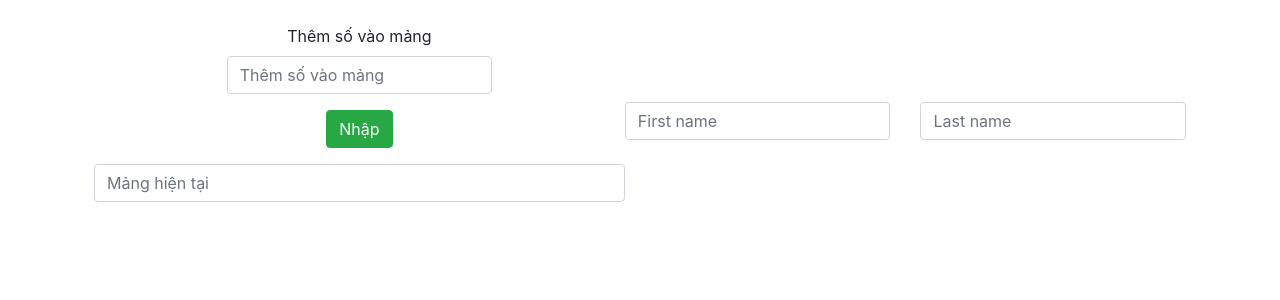
Repository: baobaodeveloper/bootcamp21__array__HuynhAnhBao
Page: index.html
These files come from the project's save history. The page is drawn as it stood at one moment and after the next save; the edit follows.
The browser window is 1280 px wide. The pictures show the whole page.

Above is the page before, as saved 2022-03-20 16:56:25.

### index.html
<!DOCTYPE html>
<html lang="en">
  <head>
    <title>JavaScript Array</title>
    <!-- Required meta tags -->
    <meta charset="utf-8" />
    <meta
      name="viewport"
      content="width=device-width, initial-scale=1, shrink-to-fit=no"
    />

    <!-- Bootstrap CSS -->
    <link
      rel="stylesheet"
      href="https://stackpath.bootstrapcdn.com/bootstrap/4.3.1/css/bootstrap.min.css"
      integrity="sha384-ggOyR0iXCbMQv3Xipma34MD+dH/1fQ784/j6cY/iJTQUOhcWr7x9JvoRxT2MZw1T"
      crossorigin="anonymous"
    />
  </head>
  <body>
    <div class="container d-flex justify-content-center align-items-center p-4">
      <div
        class="mb-3 text-center w-50 d-flex flex-column justify-content-center align-items-center"
      >
        <label for="formGroupExampleInput" class="form-label"
          >Thêm số vào mảng</label
        >
        <input
          type="number"
          class="form-control w-50"
          id="number"
          placeholder="Thêm số vào mảng"
          value=""
        />
        <button type="button" class="btn btn-success m-3" id="input">
          Nhập
        </button>
        <input
          type="text"
          class="form-control d-block w-100"
          id="array-current"
          placeholder="Mảng hiện tại"
        />
      </div>

      <div class="row">
        <div class="col">
          <input
            type="text"
            class="form-control"
            placeholder="First name"
            aria-label="First name"
          />
        </div>
        <div class="col">
          <input
            type="text"
            class="form-control"
            placeholder="Last name"
            aria-label="Last name"
          />
        </div>
      </div>
    </div>
    <!-- Optional JavaScript -->
    <!-- jQuery first, then Popper.js, then Bootstrap JS -->
    <script
      src="https://code.jquery.com/jquery-3.3.1.slim.min.js"
      integrity="sha384-q8i/X+965DzO0rT7abK41JStQIAqVgRVzpbzo5smXKp4YfRvH+8abtTE1Pi6jizo"
      crossorigin="anonymous"
    ></script>
    <script
      src="https://cdnjs.cloudflare.com/ajax/libs/popper.js/1.14.7/umd/popper.min.js"
      integrity="sha384-UO2eT0CpHqdSJQ6hJty5KVphtPhzWj9WO1clHTMGa3JDZwrnQq4sF86dIHNDz0W1"
      crossorigin="anonymous"
    ></script>
    <script
      src="https://stackpath.bootstrapcdn.com/bootstrap/4.3.1/js/bootstrap.min.js"
      integrity="sha384-JjSmVgyd0p3pXB1rRibZUAYoIIy6OrQ6VrjIEaFf/nJGzIxFDsf4x0xIM+B07jRM"
      crossorigin="anonymous"
    ></script>
    <script src="app.js"></script>
  </body>
</html>

### app.js
const number = document.getElementById("number");
let arr = [];
document.getElementById("input").addEventListener("click", () => {
  const numberValue = number.value;
  if (!numberValue) return;

  arr.push(+numberValue);
  number.value = "";
  console.log(arr);
  document.getElementById("array-current").value = arr.join(" - ");
});

After the next save:
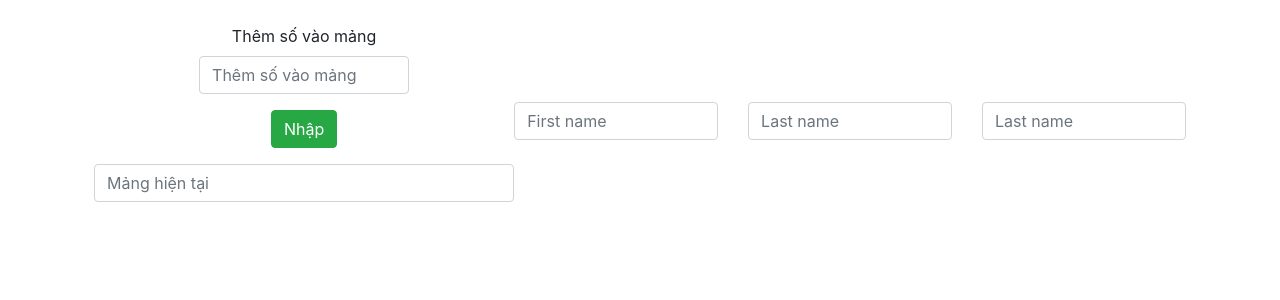
Saved 6 s later.
--- a/index.html
+++ b/index.html
@@ -60,6 +60,14 @@
             aria-label="Last name"
           />
         </div>
+        <div class="col">
+          <input
+            type="text"
+            class="form-control"
+            placeholder="Last name"
+            aria-label="Last name"
+          />
+        </div>
       </div>
     </div>
     <!-- Optional JavaScript -->
